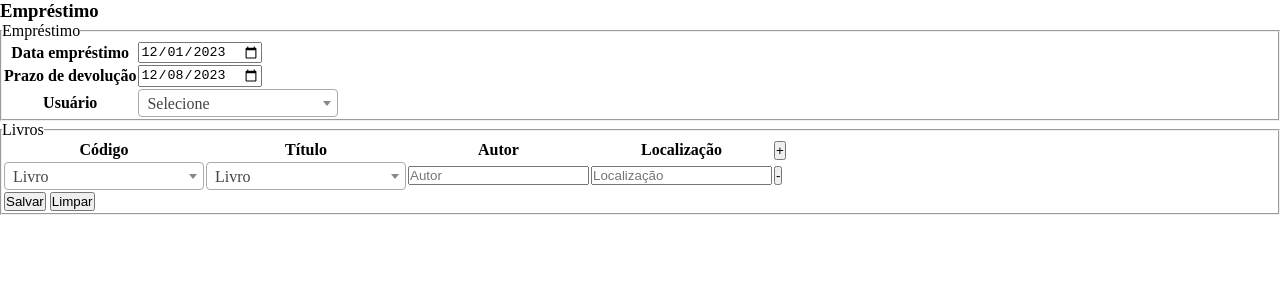
Repository: Matheus-Ghizoni/Rainbow-Library
Page: arcoiris/src/main/webapp/pages/admin/loan.html
These files come from the project's save history. The page is drawn as it stood at one moment and after the next save; the edit follows.
The browser window is 1280 px wide. The pictures show the whole page.
The page's requests for data from a server got no answer. Some web libraries are served in a nearby version.

Above is the page before, as saved 2023-12-11 16:20:16.
Console error: ReferenceError: jQuery is not defined

After the next save:
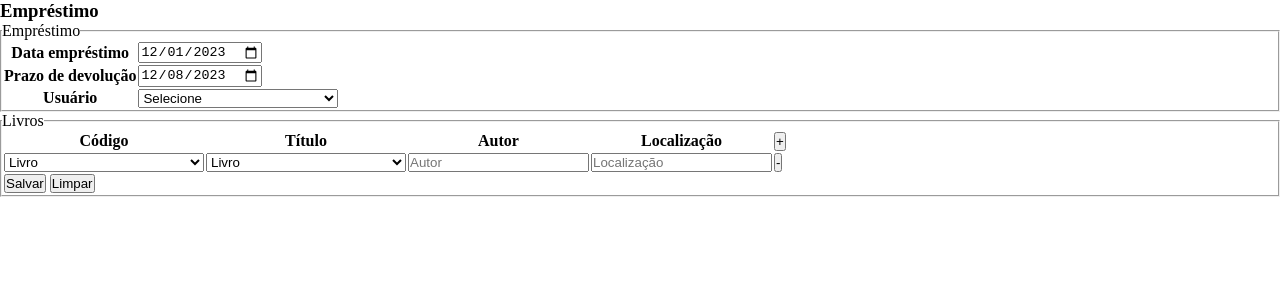
Saved 48 s later.
--- a/arcoiris/src/main/webapp/pages/admin/loan.html
+++ b/arcoiris/src/main/webapp/pages/admin/loan.html
@@ -126,9 +126,9 @@
 </body>
 <script>
 	$(document).ready(function () {
-		$('.selectUsers').select2();
-		$('.selectBooks').select2();
-		$('.selectCode').select2();
+//		$('.selectUsers').select2();
+//		$('.selectBooks').select2();
+//		$('.selectCode').select2();
 
 		$(".addBook").click(function () {
 			var novoCampo = $("tr.details:first").clone();
